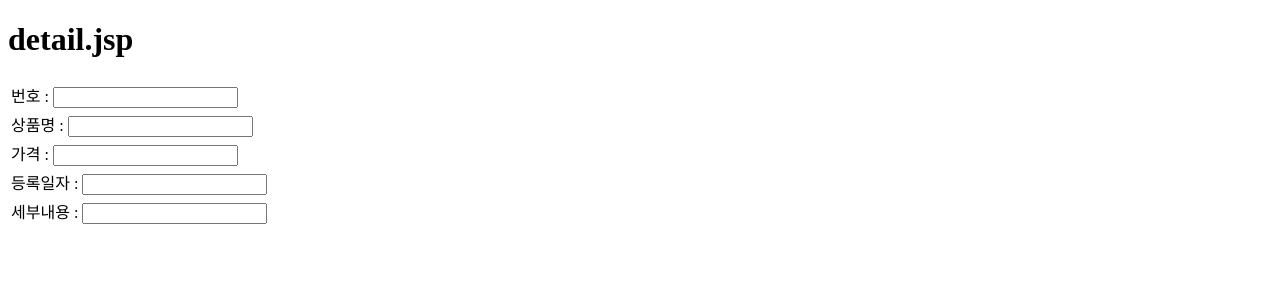
Repository: yangone8249/jsp_project
Page: http://localhost/jsp_study/detail.jsp
An editor plug-in stored every save of this project. The page is shown before and after the next save, followed by the edit.
The browser window is 1280 px wide. The pictures show the whole page.
The page is served by Tomcat 9.

Above is the page before, as saved 2023-05-11 05:07:31.

After the next save:
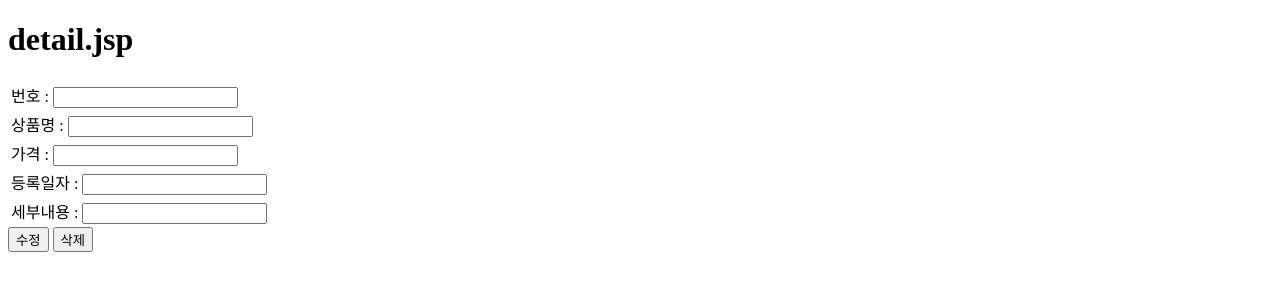
Saved 45 s later.
--- a/jsp_project1/jsp_study/src/main/webapp/detail.jsp
+++ b/jsp_project1/jsp_study/src/main/webapp/detail.jsp
@@ -36,5 +36,7 @@
 			</td>
 		</tr>
 	</table>
+	<button type="button">수정</button>
+	<button type="button">삭제</button>
 </body>
 </html>
